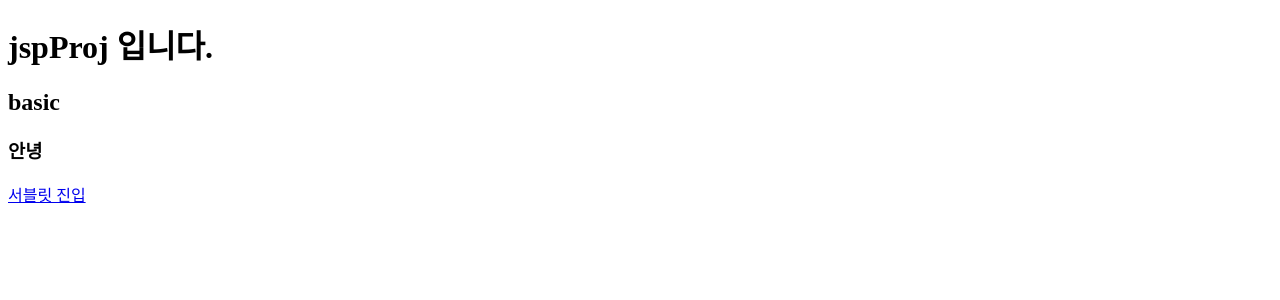
Repository: pshho/newJspProject
Page: http://localhost/JspProj/
These files come from the project's save history. The page is drawn as it stood at one moment and after the next save; the edit follows.
The browser window is 1280 px wide. The pictures show the whole page.
The page is served by Tomcat 9.

Above is the page before, as saved 2023-07-25 04:08:09.

After the next save:
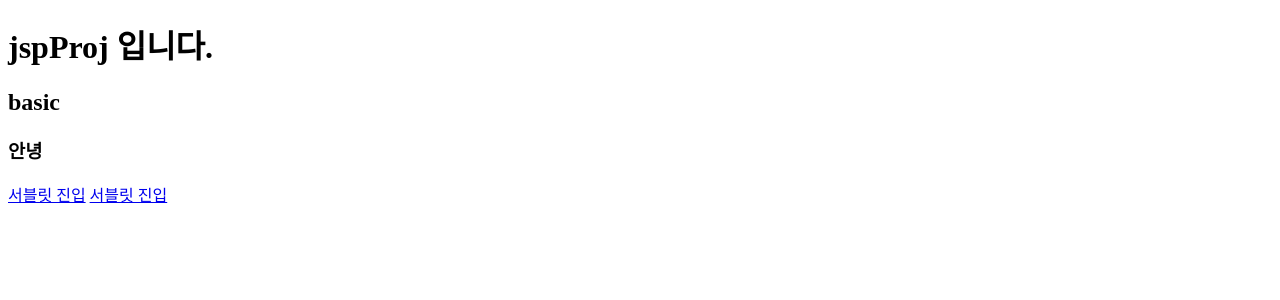
Saved 2 h 46 min later.
--- a/JspProj/src/main/webapp/index.jsp
+++ b/JspProj/src/main/webapp/index.jsp
@@ -11,5 +11,6 @@
 	<h2>basic</h2>
 	<h3>안녕</h3>
 	<a href="basic/First">서블릿 진입</a>
+	<a href="basic/third.jsp">서블릿 진입</a>
 </body>
 </html>
